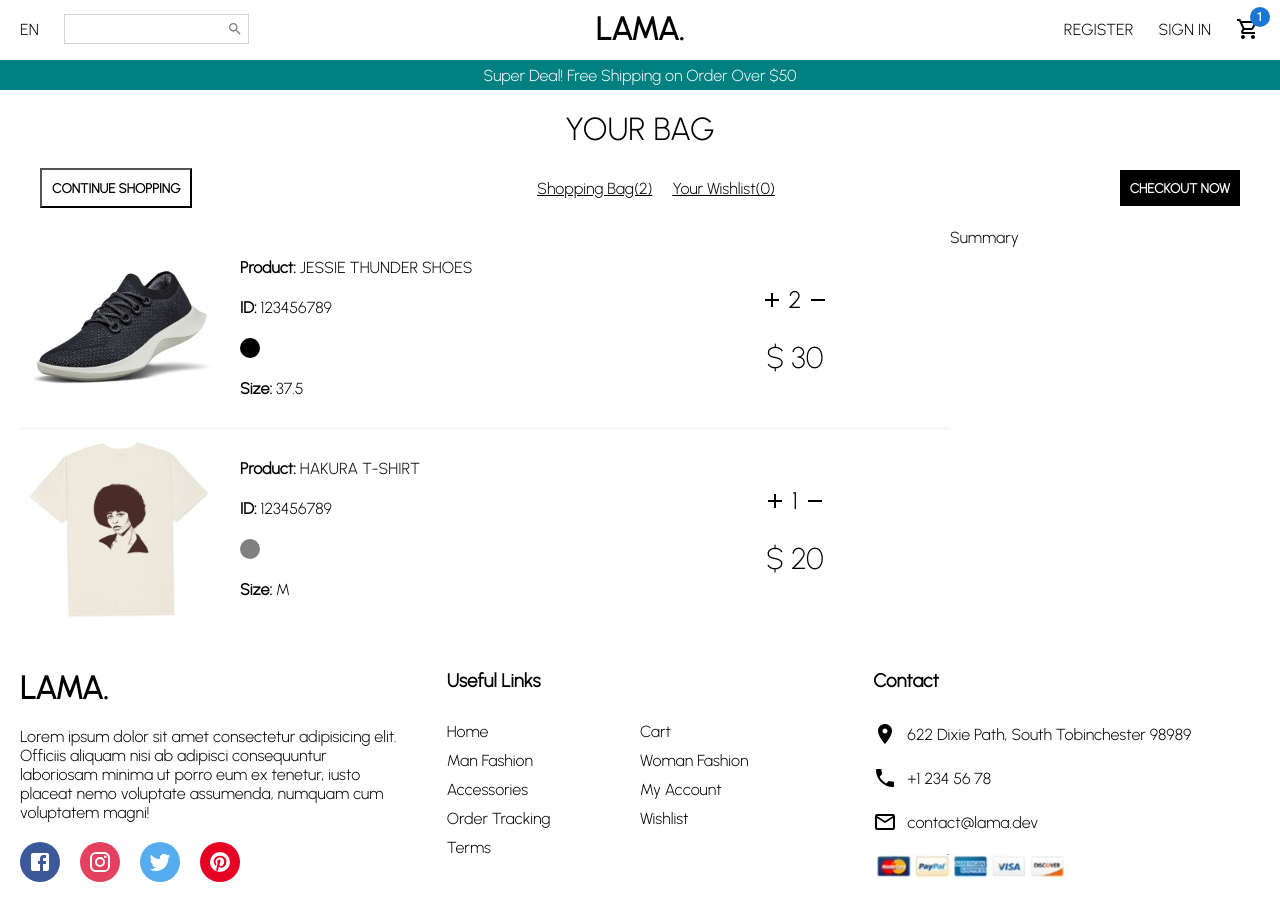
Repository: kmvaghela/ECOMMERCE
Page: /
The author's editor kept a copy of each file at every save. The page is drawn from the files as they stood at one save, then again after the next save.
The browser window is 1280 px wide. The pictures show the whole page.
The project was rebuilt for these pictures with package versions that can differ from the ones it lists, and the page was loaded fresh each time. Also part of the build but not shown: src/data.js, src/components/CategoryItem.jsx, src/components/Categories.jsx, src/components/Product.jsx, src/components/Products.jsx, src/components/Slider.jsx, src/components/Newsletter.jsx, src/pages/Home.jsx and 4 more.

Above is the page before, as saved 2022-02-24 21:20:03.

### public/index.html
<!DOCTYPE html>
<html lang="en">

<head>
  <meta charset="utf-8" />
  <meta name="viewport" content="width=device-width, initial-scale=1" />
  <meta name="description" content="Web site created using create-react-app" />
  <link href="https://fonts.googleapis.com/css2?family=Urbanist:wght@100;200;300&display=swap" rel="stylesheet">
  <style>
    * {
      margin: 0;
      font-family: 'Urbanist', sans-serif;
    }
  </style>
  <title>React App</title>
</head>

<body>
  <noscript>You need to enable JavaScript to run this app.</noscript>
  <div id="root"></div>
</body>

</html>

### src/App.jsx
import Home from "./pages/Home";
import Product from "./pages/Product";
import ProductList from "./pages/ProductList";
import Register from "./pages/Register";
import Login from "./pages/Login";
import Cart from "./pages/Cart";

const App = () => {
  return (
    // <Home />
    // <ProductList />
    // <Product />
    // <Register />
    // <Login />
    <Cart />
  );
};

export default App;

### src/pages/Cart.jsx
import React from "react";
import styled from "styled-components";
import Navbar from "../components/Navbar";
import Announcement from "../components/Announcement";
import Footer from "../components/Footer";
import CartImg1 from "../assets/cart-images/cart-img-01.png";
import CartImg2 from "../assets/cart-images/cart-img-02.png";
import RemoveIcon from "@mui/icons-material/Remove";
import AddIcon from "@mui/icons-material/Add";

const Container = styled.div``;

const Wrapper = styled.div`
  padding: 20px;
`;

const Title = styled.h1`
  font-weight: 300;
  text-align: center;
`;

const Top = styled.div`
  display: flex;
  align-items: center;
  justify-content: space-between;
  padding: 20px;
`;

const TopButton = styled.button`
  padding: 10px;
  font-weight: 600;
  cursor: pointer;
  border: ${(props) => props.type === "filled" && "none"};
  background-color: ${(props) =>
    props.type === "filled" ? "black" : "transparent"};
  color: ${(props) => props.type === "filled" && "white"};
`;
const TopTexts = styled.div``;

const TopText = styled.span`
  text-decoration: underline;
  cursor: pointer;
  margin: 0px 10px;
`;

const Bottom = styled.div`
  display: flex;
  justify-content: space-between;
`;

const Info = styled.div`
  flex: 3;
`;

const Summary = styled.div`
  flex: 1;
`;

const Product = styled.div`
  display: flex;
  justify-content: space-between;
`;

const ProductDetail = styled.div`
  flex: 2;
  display: flex;
`;

const Image = styled.img`
  width: 200px;
`;

const Details = styled.div`
  padding: 20px;
  display: flex;
  flex-direction: column;
  justify-content: space-around;
`;

const ProductName = styled.span``;

const ProductId = styled.span``;

const ProductColor = styled.div`
  width: 20px;
  height: 20px;
  border-radius: 50%;
  background-color: ${(props) => props.color};
`;

const ProductSize = styled.span``;

const PriceDetail = styled.div`
  flex: 1;
  display: flex;
  align-items: center;
  justify-content: center;
  flex-direction: column;
`;

const ProductAmountContainer = styled.div`
  display: flex;
  align-items: center;
  margin-bottom: 20px;
`;

const ProductAmount = styled.div`
  font-size: 24px;
  margin: 5px;
`;

const ProductPrice = styled.div`
  font-size: 30px;
  font-weight: 200;
`;

const Hr = styled.hr`
  background-color: #eee;
  border: none;
  height: 1px;
`;
const Cart = () => {
  return (
    <Container>
      <Navbar />
      <Announcement />
      <Wrapper>
        <Title>YOUR BAG</Title>
        <Top>
          <TopButton>CONTINUE SHOPPING</TopButton>
          <TopTexts>
            <TopText>Shopping Bag(2)</TopText>
            <TopText>Your Wishlist(0)</TopText>
          </TopTexts>
          <TopButton type="filled">CHECKOUT NOW</TopButton>
        </Top>
        <Bottom>
          <Info>
            <Product>
              <ProductDetail>
                <Image src={CartImg1} alt="not found" />
                <Details>
                  <ProductName>
                    <b>Product:</b> JESSIE THUNDER SHOES
                  </ProductName>
                  <ProductId>
                    <b>ID:</b> 123456789
                  </ProductId>
                  <ProductColor color="black" />
                  <ProductSize>
                    <b>Size:</b> 37.5
                  </ProductSize>
                </Details>
              </ProductDetail>
              <PriceDetail>
                <ProductAmountContainer>
                  <AddIcon />
                  <ProductAmount>2</ProductAmount>
                  <RemoveIcon />
                </ProductAmountContainer>
                <ProductPrice>$ 30</ProductPrice>
              </PriceDetail>
            </Product>
            <Hr />
            <Product>
              <ProductDetail>
                <Image src={CartImg2} alt="not found" />
                <Details>
                  <ProductName>
                    <b>Product:</b> HAKURA T-SHIRT
                  </ProductName>
                  <ProductId>
                    <b>ID:</b> 123456789
                  </ProductId>
                  <ProductColor color="gray" />
                  <ProductSize>
                    <b>Size:</b> M
                  </ProductSize>
                </Details>
              </ProductDetail>
              <PriceDetail>
                <ProductAmountContainer>
                  <AddIcon />
                  <ProductAmount>1</ProductAmount>
                  <RemoveIcon />
                </ProductAmountContainer>
                <ProductPrice>$ 20</ProductPrice>
              </PriceDetail>
            </Product>
          </Info>
          <Summary>Summary</Summary>
        </Bottom>
      </Wrapper>
      <Footer />
    </Container>
  );
};

export default Cart;

### src/components/Announcement.jsx
import styled from "styled-components";

const Container = styled.div`
  height: 30px;
  background-color: teal;
  color: white;
  display: flex;
  align-items: center;
  justify-content: center;
  font-size: 14;
  font-weight: 500;
`;

const Announcement = () => {
  return (
    <Container>
      Super Deal! Free Shipping on Order Over $50
    </Container>
  );
};

export default Announcement;

### src/components/Navbar.jsx
import React from "react";
import styled from "styled-components";
import SearchOutlinedIcon from "@mui/icons-material/SearchOutlined";
import ShoppingCartOutlinedIcon from "@mui/icons-material/ShoppingCartOutlined";
import Badge from "@mui/material/Badge";

const Container = styled.div`
  height: 60px;
`;
const Wrapper = styled.div`
  padding: 10px 20px;
  display: flex;
  align-items: center;
  justify-content: space-between;
`;
const Left = styled.div`
  flex: 1;
  display: flex;
  align-items: center;
`;
const Language = styled.span`
  font-size: 14;
  cursor: pointer;
`;
const SearchContainer = styled.div`
  border: 0.5px solid lightgray;
  display: flex;
  align-items: center;
  margin-left: 25px;
  padding: 5px;
`;
const Input = styled.input`
  border: none;
`;

const Center = styled.div`
  flex: 2;
`;
const Logo = styled.h1`
  font-weight: bold;
  text-align: center;
`;

const Right = styled.div`
  flex: 1;
  display: flex;
  align-items: center;
  justify-content: flex-end;
`;
const MenuItem = styled.div`
  font-size: 14;
  cursor: pointer;
  margin-left: 25px;
`;

const Navbar = () => {
  return (
    <Container>
      <Wrapper>
        <Left>
          <Language>EN</Language>
          <SearchContainer>
            <Input />
            <SearchOutlinedIcon style={{color:"gray",fontSize:16}}/>
          </SearchContainer>
        </Left>
        <Center>
          <Logo>LAMA.</Logo>
        </Center>
        <Right>
          <MenuItem>REGISTER</MenuItem>
          <MenuItem>SIGN IN</MenuItem>
          <MenuItem>
            <Badge badgeContent={1} color="primary">
              <ShoppingCartOutlinedIcon />
            </Badge>
          </MenuItem>
        </Right>
      </Wrapper>
    </Container>
  );
};
export default Navbar;

### src/components/Footer.jsx
import React from "react";
import styled from "styled-components";
import FacebookIcon from "@mui/icons-material/Facebook";
import InstagramIcon from "@mui/icons-material/Instagram";
import TwitterIcon from "@mui/icons-material/Twitter";
import PinterestIcon from "@mui/icons-material/Pinterest";
import RoomIcon from "@mui/icons-material/Room";
import PhoneIcon from "@mui/icons-material/Phone";
import MailOutlineIcon from "@mui/icons-material/MailOutline";
import PaymentImage from "../assets/payment.PNG";
const Container = styled.div`
  display: flex;
`;

const Left = styled.div`
  flex: 1;
  display: flex;
  flex-direction: column;
  padding: 20px;
`;
const Center = styled.div`
  flex: 1;
  padding: 20px;
`;
const Right = styled.div`
  flex: 1;
  padding: 20px;
`;

const Logo = styled.h1``;

const Description = styled.p`
  margin: 20px 0px;
`;

const SocialContainer = styled.div`
  display: flex;
`;

const SocialIcon = styled.div`
  height: 40px;
  width: 40px;
  border-radius: 50%;
  color: white;
  background-color: ${(props) => props.color};
  display: flex;
  align-items: center;
  justify-content: center;
  margin-right: 20px;
`;

const Title = styled.h3`
  margin-bottom: 30px;
`;

const List = styled.ul`
  margin: 0;
  padding: 0;
  list-style: none;
  display: flex;
  flex-wrap: wrap;
`;

const ListItem = styled.li`
  width: 50%;
  margin-bottom: 10px;
`;

const ContactItem = styled.div`
  margin-bottom: 20px;
  display: flex;
  align-items: center;
`;

const Payment = styled.img`
  width: 50%;
`;

const Footer = () => {
  return (
    <Container>
      <Left>
        <Logo>LAMA.</Logo>
        <Description>
          Lorem ipsum dolor sit amet consectetur adipisicing elit. Officiis
          aliquam nisi ab adipisci consequuntur laboriosam minima ut porro eum
          ex tenetur, iusto placeat nemo voluptate assumenda, numquam cum
          voluptatem magni!
        </Description>
        <SocialContainer>
          <SocialIcon color="#3B5999">
            <FacebookIcon />
          </SocialIcon>
          <SocialIcon color="#E4405F">
            <InstagramIcon />
          </SocialIcon>
          <SocialIcon color="#55ACEE">
            <TwitterIcon />
          </SocialIcon>
          <SocialIcon color="#E60023">
            <PinterestIcon />
          </SocialIcon>
        </SocialContainer>
      </Left>

      <Center>
        <Title>Useful Links</Title>
        <List>
          <ListItem>Home</ListItem>
          <ListItem>Cart</ListItem>
          <ListItem>Man Fashion</ListItem>
          <ListItem>Woman Fashion</ListItem>
          <ListItem>Accessories</ListItem>
          <ListItem>My Account</ListItem>
          <ListItem>Order Tracking</ListItem>
          <ListItem>Wishlist</ListItem>
          <ListItem>Terms</ListItem>
        </List>
      </Center>

      <Right>
        <Title>Contact</Title>
        <ContactItem>
          <RoomIcon style={{ marginRight: "10px" }} />
          622 Dixie Path, South Tobinchester 98989
        </ContactItem>
        <ContactItem>
          <PhoneIcon style={{ marginRight: "10px" }} />
          +1 234 56 78
        </ContactItem>
        <ContactItem>
          <MailOutlineIcon style={{ marginRight: "10px" }} />
          contact@lama.dev
        </ContactItem>
        <Payment src={PaymentImage} alt="not found" />
      </Right>
    </Container>
  );
};

export default Footer;

Loaded but not shown: src/index.js (common file)

After the next save:
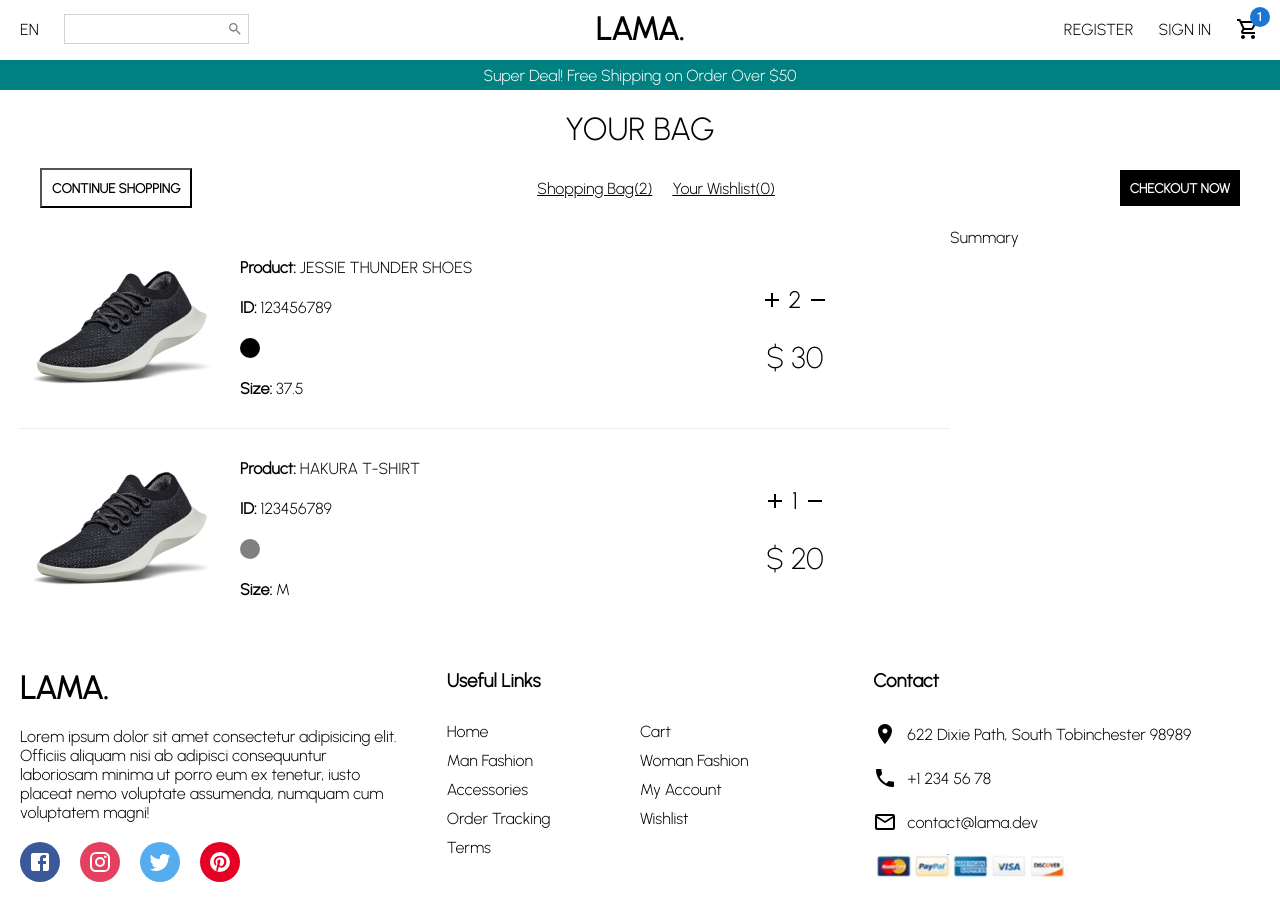
Saved 27 s later.
--- a/src/pages/Cart.jsx
+++ b/src/pages/Cart.jsx
@@ -164,7 +164,7 @@
             <Hr />
             <Product>
               <ProductDetail>
-                <Image src={CartImg2} alt="not found" />
+                <Image src={CartImg1} alt="not found" />
                 <Details>
                   <ProductName>
                     <b>Product:</b> HAKURA T-SHIRT

After the save that followed:
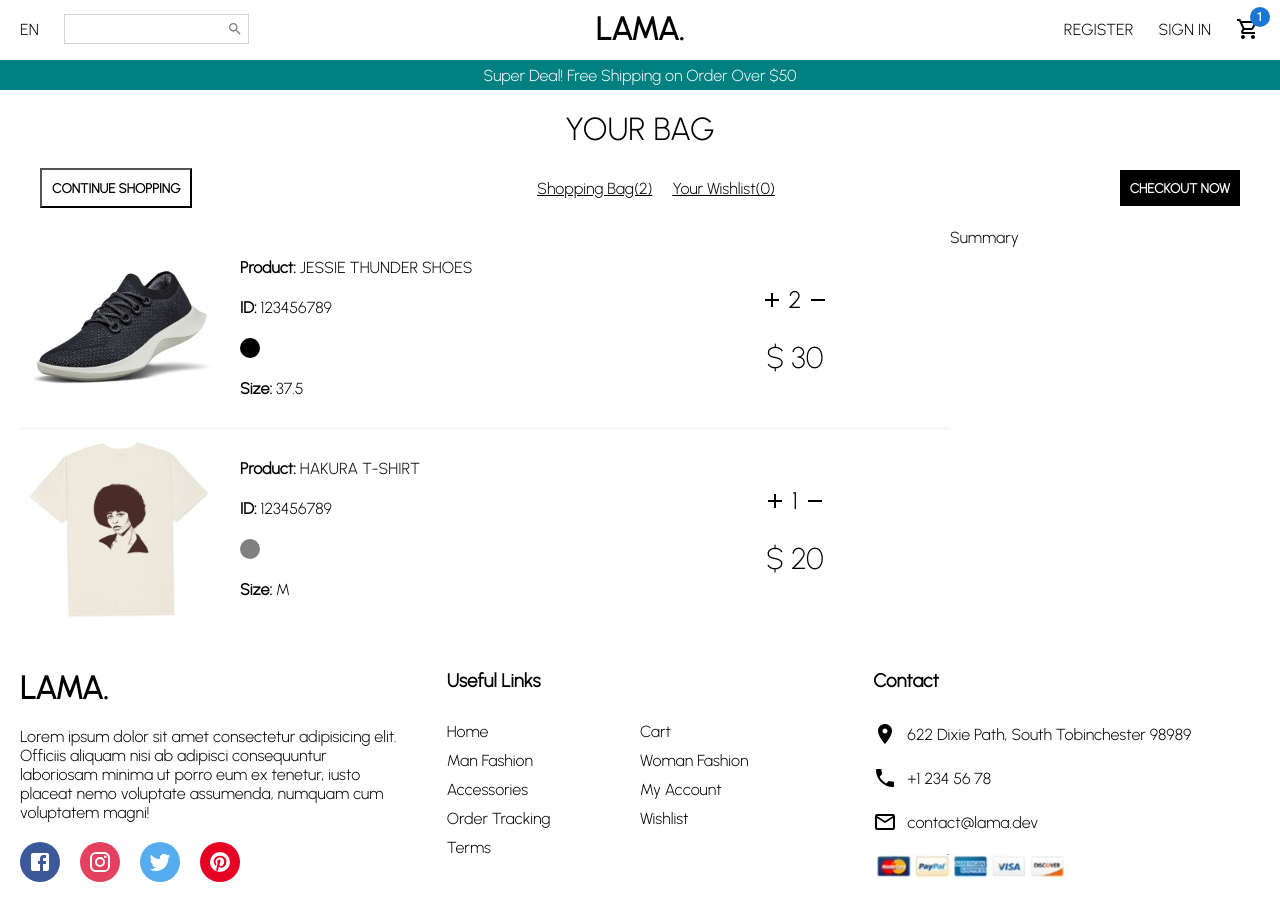
Saved 30 s later.
--- a/src/pages/Cart.jsx
+++ b/src/pages/Cart.jsx
@@ -164,7 +164,7 @@
             <Hr />
             <Product>
               <ProductDetail>
-                <Image src={CartImg1} alt="not found" />
+                <Image src={CartImg2} alt="not found" />
                 <Details>
                   <ProductName>
                     <b>Product:</b> HAKURA T-SHIRT
